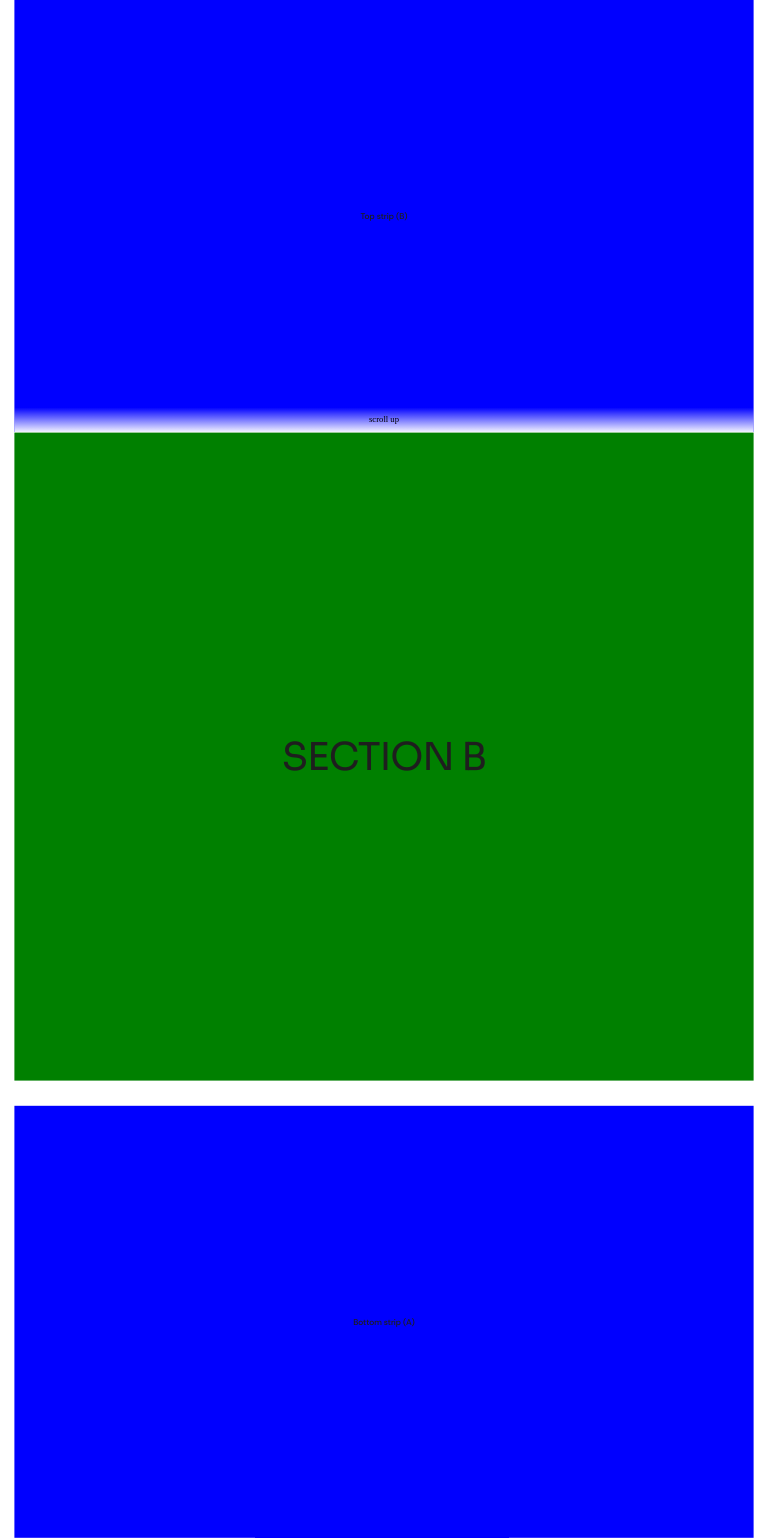
Repository: BwesewB/Offcut
Page: /
An editor plug-in stored every save of this project. The page is shown before and after the next save, followed by the edit.
The browser window is 1280 px wide. The pictures show the whole page, at 60% of full size.
The project was rebuilt for these pictures with package versions that can differ from the ones it lists, and the page was loaded fresh each time. The framework's server and built-in components were replaced by stand-ins that run in the browser. Also part of the build but not shown: next.config.mjs, app/styles/page.module.css, app/components/molecules/mediaBlock/MediaBlock.module.css, app/components/molecules/mediaBlock/MediaBlock.jsx, app/components/molecules/twoColumn/TwoColumn.module.css, app/components/molecules/twoColumn/TwoColumn.js, app/components/molecules/gridLayout/GridLayout.module.css, app/components/molecules/gridLayout/GridLayout.js.

Above is the page before, as saved 2025-09-19 22:11:39.

### app/layout.js
import "./styles/globals.css";

export const metadata = {
  title: "Offcut",
  description: "Computer Generated by sebfok",
  icons:"/icons/RocksLogoRound.svg"
};

export default function RootLayout({ children }) {
  return (
    <html lang="en">
      <body suppressHydrationWarning={true}>
        {children}
      </body>
    </html>
  );
}

### app/page.js
import styles from "./styles/page.module.css";
import Image from "next/image";
import rock1 from "/public/images/LandscapeRock1.png"
import rock2vert from "/public/images/Rock3-2.png"
import rock2vert2 from "/public/images/Rock3-3.png"
import rock3vert1 from "/public/images/Rock4-3.png"
import rock3vert2 from "/public/images/Rock4-2.png"
import rock3 from "/public/images/LandscapeRock3-1.webp"
import MediaBlock from "./components/molecules/mediaBlock/MediaBlock";
import TwoColumn from "./components/molecules/twoColumn/TwoColumn";
import GridLayout from "./components/molecules/gridLayout/gridLayout";
import ScrollCycle from "./components/atoms/scrollcycle/ScrollCycle";

export default function Home() {
  return (
    <>
    <ScrollCycle
      sectionA={
        <section style={{ minHeight: '150svh', display: 'grid', placeItems: 'center', backgroundColor: 'red' }}>
          <h1>Section A</h1>
        </section>
      }
      sectionB={
        <section style={{ minHeight: '150svh', display: 'grid', placeItems: 'center', backgroundColor: 'green'}}>
          <h1>Section B</h1>
        </section>
      }
      bottomStripA={
        <div style={{ height: '100%', display: 'grid', placeItems: 'center', backgroundColor: 'blue'}}>
          <p>Bottom strip (A)</p>
        </div>
      }
      topStripB={
        <div style={{ height: '100%', display: 'grid', placeItems: 'center', backgroundColor: 'blue'}}>
          <p>Top strip (B)</p>
        </div>
      }
      // prompt="scroll up"
    />

      {/* <main className="pageLayout">
        <div className={styles.heroContainer}>
          <h1 className={styles.title}>Offcut</h1>
          <MediaBlock image={rock1} alt="A stone on a white background" fit="height"/>
        </div>



        <TwoColumn
          left={
            <TwoColumn
              left={
                <div>
                  <p>
                    Offcut is a collection of computer generated stone shapes, created by Sebastien Fok.
                    Each stone is unique and generated using a combination of algorithms and randomization techniques.
                    The stones are designed to be used as decorative elements in various design projects, such as websites,
                    print materials, and digital art. The collection is constantly growing, with new stones being added regularly.
                  </p>
                  <MediaBlock image={rock2vert2} alt="A stone on a white background" fit="height"/>
                </div>

              }

            />
          }
          right={
            <MediaBlock image={rock2vert} alt="A stone on a white background"/>
          }
        />
        <GridLayout columns={5} height="300px">
          <div style={{ gridColumn: '1 / 2' }}><MediaBlock image={rock3vert1} alt="A stone on a white background" fit="height"/></div>
          <div style={{ gridColumn: '2 / 3' }}><MediaBlock image={rock3vert2} alt="A stone on a white background" fit="height"/></div>
          <div style={{ gridColumn: '4 / 6' }}><MediaBlock image={rock3} alt="A stone on a white background" fit="height"/></div>
        </GridLayout>
      </main> */}
    </>
  );
}

### app/styles/globals.css
:root {
  --black: #1e1e1e;

  --font-primary: 'Sora', sans-serif;
  --font-secondary: 'Rethink Sans', sans-serif;
  --sidePadding: 24px;
  --gap: 12px;
  --layoutSpacing: 48px;
  --containerHeight: clamp(30vw, 40vw, 50vw);
}

html,
body {
  padding: 0;
  margin: 0;
  max-width: 1920px;
}

body {
  padding-left: var(--sidePadding);
  padding-right: var(--sidePadding);
}

@font-face {
  font-family: 'Sora';
  src: url('/fonts/Sora-Regular.ttf') format('truetype');
  font-weight: 400;
  font-style: normal;
}

@font-face {
  font-family: 'Sora';
  src: url('/fonts/Sora-Medium.ttf') format('truetype');
  font-weight: 500;
  font-style: normal;
}

@font-face {
  font-family: 'Sora';
  src: url('/fonts/Sora-Bold.ttf') format('truetype');
  font-weight: 700;
  font-style: normal;
}

@font-face {
  font-family: 'Rethink Sans';
  src: url('/fonts/RethinkSans-Regular.ttf') format('truetype');
  font-weight: 400;
  font-style: normal;
}

@font-face {
  font-family: 'Rethink Sans';
  src: url('/fonts/RethinkSans-Medium.ttf') format('truetype');
  font-weight: 500;
  font-style: normal;
}

@font-face {
  font-family: 'Rethink Sans';
  src: url('/fonts/RethinkSans-Bold.ttf') format('truetype');
  font-weight: 700;
  font-style: normal;
}

h1, h2, h3, h4, h5, h6 {
  font-family: var(--font-primary);
  color: var(--black);
  font-weight: 400;
}

p {
  font-family: var(--font-secondary);
  font-weight: 500;
  color: var(--black);
  line-height: 1.2;
}

h1 {
  font-size: clamp(3rem, 5vw, 4rem);
  font-weight: 400;
  letter-spacing: clamp(-2px, -0.3vw, -1px);
  text-transform: uppercase;
}

p {
  font-size: 0.875rem;
}

* {
  box-sizing: border-box;
  padding: 0;
  margin: 0;
}

a {
  color: inherit;
  text-decoration: none;
}

.pageLayout {
  display: flex;
  flex-direction: column;
  gap: var(--layoutSpacing);
}

@media (prefers-color-scheme: dark) {

}

### app/components/atoms/scrollcycle/ScrollCycle.jsx
'use client';
import { useEffect, useRef, useState } from 'react';

/**
 * ScrollCycle (JS version)
 * - Initial: TB hidden, MS=A, BB=A. Only bottom sentinel armed.
 * - Bottom hit: MS→B, show TB=B, keep BB=A, pin bottom, arm top.
 * - Top hit: MS→A, keep TB=B, pin top, then after user scrolls down ≥100svh remove TB.
 */
export default function ScrollCycle({
  sectionA,
  sectionB,
  bottomStripA,
  topStripB,
  prompt = 'scroll up',
}) {
  const [main, setMain] = useState('A');      // 'A' | 'B'
  const [showTB, setShowTB] = useState(false);

  const topRef = useRef(null);     // sentinel below TB (when TB exists)
  const bottomRef = useRef(null);  // sentinel above BB

  const lockRef = useRef(false);       // prevents double-fires
  const armedTopRef = useRef(false);   // arm top only after bottom first fires
  const gateActiveRef = useRef(false); // gate active only after returning to A with TB visible

  const pinTo = (edge) => {
    requestAnimationFrame(() => {
      requestAnimationFrame(() => {
        if (edge === 'bottom') {
          const h =
            document.documentElement.scrollHeight || document.body.scrollHeight;
          window.scrollTo({ top: h, behavior: 'auto' });
        } else {
          window.scrollTo({ top: 0, behavior: 'auto' });
        }
        setTimeout(() => { lockRef.current = false; }, 200);
      });
    });
  };

  const activateGate = () => {
    if (gateActiveRef.current) return;
    gateActiveRef.current = true;

    const onScroll = () => {
      const vh = window.innerHeight || 0;
      if (window.scrollY >= vh) {
        setShowTB(false); // remove TB; can't go back to B top
        window.removeEventListener('scroll', onScroll, { passive: true });
        gateActiveRef.current = false;
      }
    };

    window.addEventListener('scroll', onScroll, { passive: true });
  };

  // Bottom observer (armed initially)
  useEffect(() => {
    const bottomEl = bottomRef.current;
    if (!bottomEl) return;

    const onHitBottom = (entry) => {
      if (!entry.isIntersecting || lockRef.current) return;
      lockRef.current = true;

      setMain('B');       // MS -> B
      setShowTB(true);    // show TB = B
      armedTopRef.current = true; // arm top observer afterward
    };

    const ioBottom = new IntersectionObserver(
      (entries) => onHitBottom(entries[0]),
      { root: null, threshold: 1 }
    );

    ioBottom.observe(bottomEl);
    return () => ioBottom.disconnect();
  }, []);

  // Top observer (attach only when TB is visible and top is armed)
  useEffect(() => {
    const topEl = topRef.current;
    if (!topEl || !showTB || !armedTopRef.current) return;

    const onHitTop = (entry) => {
      if (!entry.isIntersecting || lockRef.current) return;
      lockRef.current = true;

      setMain('A'); // MS -> A (TB still B for now; removed by gate after scrolling down)
    };

    const ioTop = new IntersectionObserver(
      (entries) => onHitTop(entries[0]),
      { root: null, threshold: 1 }
    );

    ioTop.observe(topEl);
    return () => ioTop.disconnect();
  }, [showTB]);

  // Pin after swaps + start/stop gate
  useEffect(() => {
    if (main === 'B') {
      pinTo('bottom');
    } else {
      pinTo('top');
      if (showTB) activateGate();
    }
    // eslint-disable-next-line react-hooks/exhaustive-deps
  }, [main]);

  return (
    <main style={styles.page}>
      {/* Top Buffer — hidden initially; appears with B */}
      {showTB && (
        <section style={styles.topBuffer}>
          {topStripB}
        </section>
      )}

      {/* Top sentinel (just below TB if present) */}
      <div ref={topRef} style={styles.sentinel} />

      {/* Main Stage */}
      <section style={styles.mainStage}>
        {main === 'A' ? sectionA : sectionB}
      </section>

      {/* Sticky prompt */}
      <div aria-live="polite" style={styles.prompt}>
        {prompt}
      </div>

      {/* Bottom sentinel (just above BB) */}
      <div ref={bottomRef} style={styles.sentinel} />

      {/* Bottom Buffer — always present, shows A */}
      <section style={styles.bottomBuffer}>
        {bottomStripA}
      </section>
    </main>
  );
}

const styles = {
  page: {
    minHeight: '100svh',
    display: 'flex',
    flexDirection: 'column',
  },
  topBuffer: {
    height: '100svh',
  },
  bottomBuffer: {
    height: '100svh',
  },
  mainStage: {
    // your content defines its own height
  },
  prompt: {
    position: 'sticky',
    bottom: 0,
    textAlign: 'center',
    padding: '0.75rem 1rem',
    background:
      'linear-gradient(to top, rgba(255,255,255,0.95), rgba(255,255,255,0))',
    fontSize: '0.9rem',
    userSelect: 'none',
  },
  sentinel: { height: 1 },
};

After the next save:
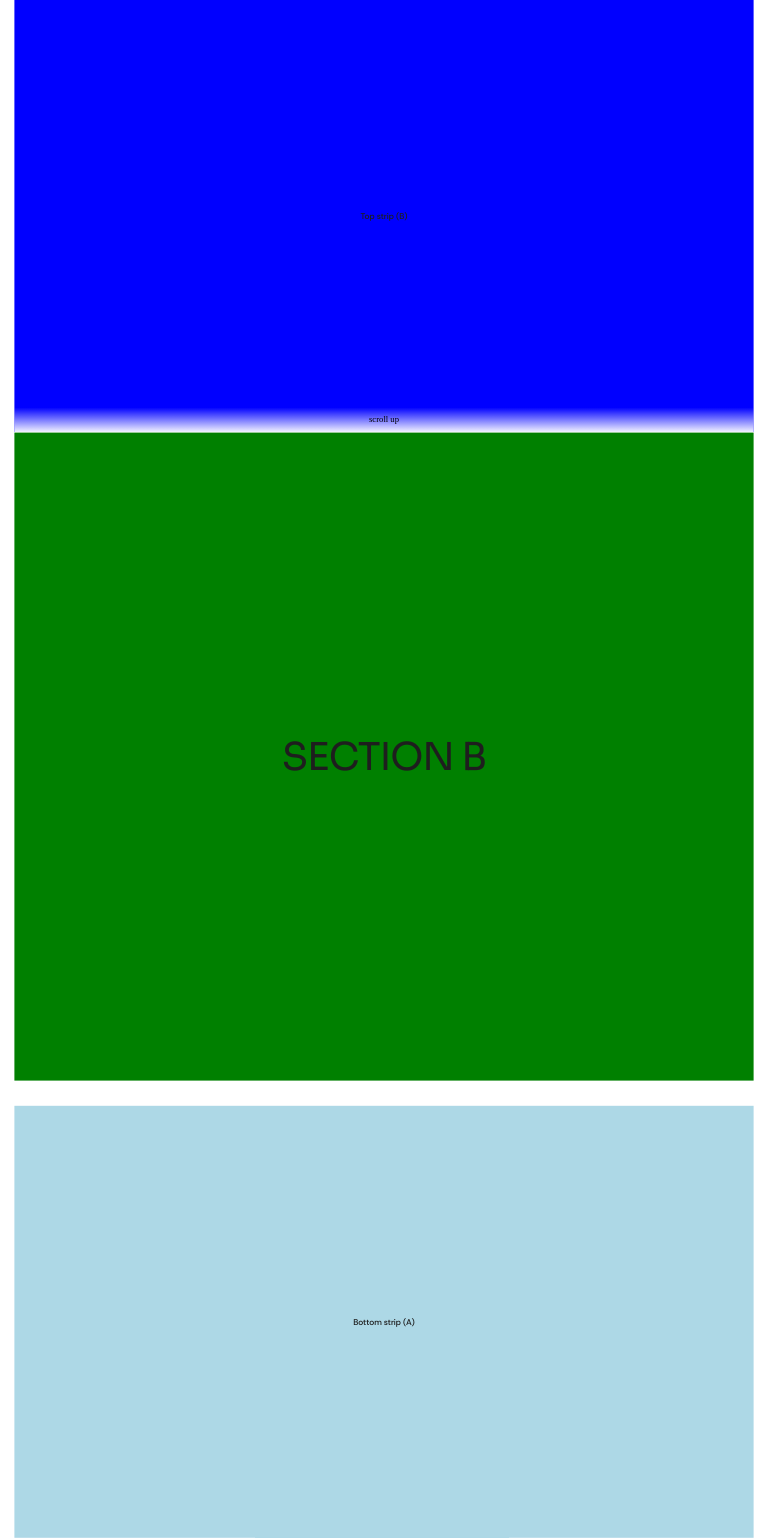
Saved 24 s later.
--- a/app/page.js
+++ b/app/page.js
@@ -26,7 +26,7 @@
         </section>
       }
       bottomStripA={
-        <div style={{ height: '100%', display: 'grid', placeItems: 'center', backgroundColor: 'blue'}}>
+        <div style={{ height: '100%', display: 'grid', placeItems: 'center', backgroundColor: 'lightBlue'}}>
           <p>Bottom strip (A)</p>
         </div>
       }
